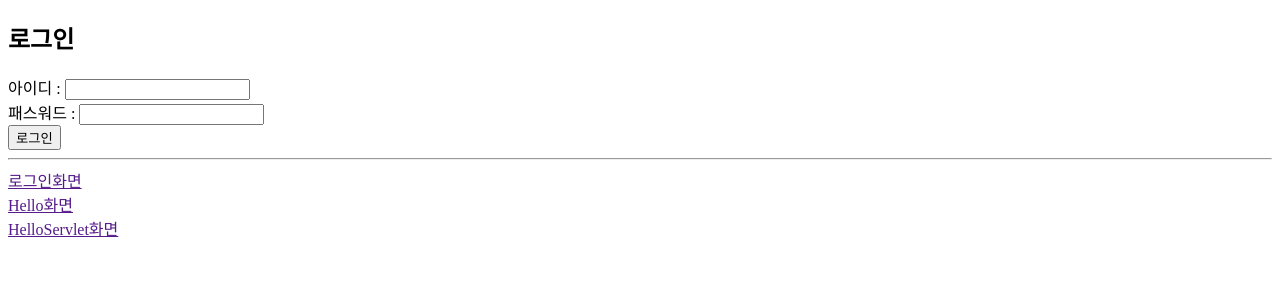
Repository: tnalss/studyWeb
Page: workspace/servlet01/src/main/webapp/login_form.html
The author's editor kept a copy of each file at every save. The page is drawn from the files as they stood at one save, then again after the next save.
The browser window is 1280 px wide. The pictures show the whole page.

Above is the page before, as saved 2022-11-10 02:52:36.

### workspace/servlet01/src/main/webapp/login_form.html
<!DOCTYPE html>
<html>
<head>
<meta charset="UTF-8">
<title>Insert title here</title>
</head>
<body>

	<h2>로그인</h2>
	<form action="abc.do" method="post">
		<div class="">
			아이디 : <input type="text" name ="id" />
		</div>
		<div class="">
			패스워드 : <input type="password" name = "pw"/>
		</div>
		<div class="">
		<input type="submit" value="로그인" />
		</div>
	</form>


	<hr />
	<div class="">
	<a href="">로그인화면</a>
	</div>

	<div class="">
	<a href="">Hello화면</a>
	</div>


	<div class="">
	<a href="">HelloServlet화면</a>
	</div>


</body>
</html>

After the next save:
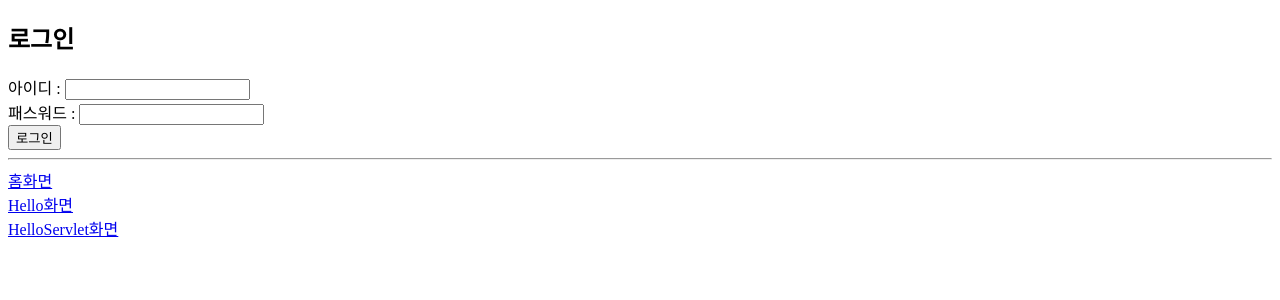
Saved 21 s later.
--- a/workspace/servlet01/src/main/webapp/login_form.html
+++ b/workspace/servlet01/src/main/webapp/login_form.html
@@ -22,16 +22,16 @@
 
 	<hr />
 	<div class="">
-	<a href="">로그인화면</a>
+	<a href="index.html">홈화면</a>
 	</div>
 
 	<div class="">
-	<a href="">Hello화면</a>
+	<a href="hello.jsp">Hello화면</a>
 	</div>
 
 
 	<div class="">
-	<a href="">HelloServlet화면</a>
+	<a href="asb.do">HelloServlet화면</a>
 	</div>
 
 
